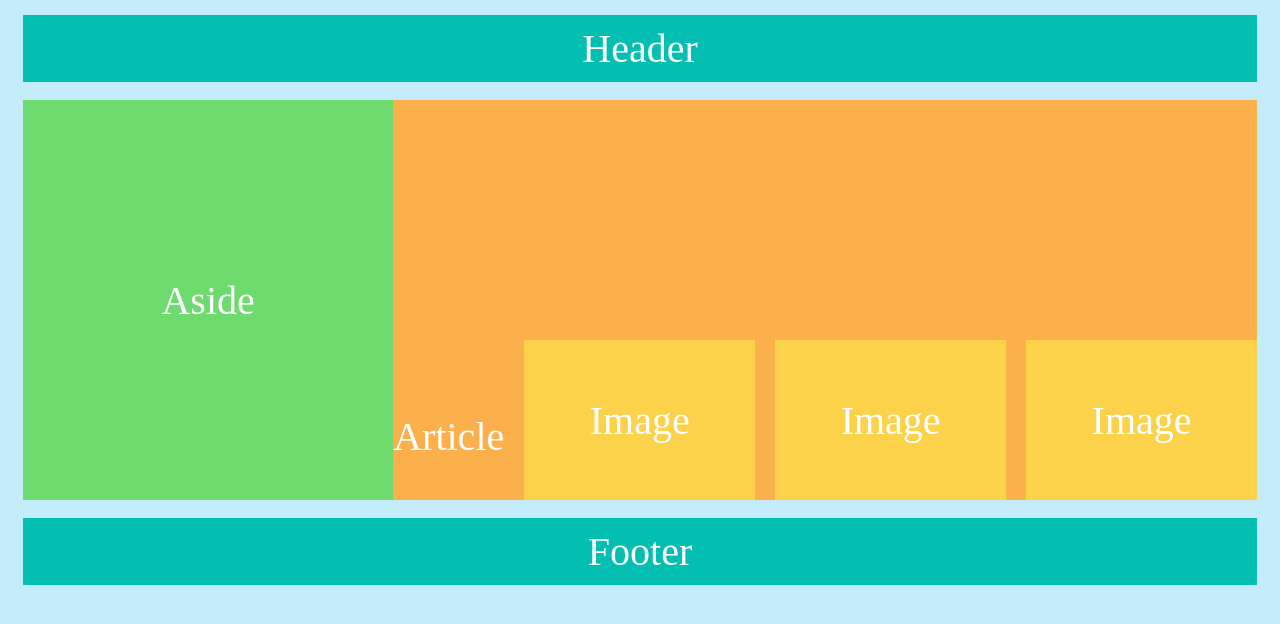
Repository: huyennvo/CSS
Page: flex-css-example/index.html
The author's editor kept a copy of each file at every save. The page is drawn from the files as they stood at one save, then again after the next save.
The browser window is 1280 px wide. The pictures show the whole page.

Above is the page before, as saved 2022-07-18 11:23:58.

### flex-css-example/index.html
<!DOCTYPE html>
<html lang="en">
<head>
    <meta charset="UTF-8">
    <meta http-equiv="X-UA-Compatible" content="IE=edge">
    <meta name="viewport" content="width=device-width, initial-scale=1.0">
    <title>Flexbox example</title>
    <link rel="stylesheet" href="./index.css">
</head>
<body>
    <div class="container">
        <div class="header">
            Header
        </div>
        <br>
        <div class="body">
            <div class="body-left">Aside</div>
            <div class="body-right">
                 <p>Article</p>
                <div class="item item1">Image</div>
                <div class="item item2">Image</div>
                <div class="item item3">Image</div>
            </div>
        </div>
        <br>
        <div class="footer">
            <footer>Footer</footer>
        </div>
    </div>
</body>
</html>

### flex-css-example/index.css
html {
    background-color: #C4EBF9;
}
 .container {
    align-content: center;
    margin: 15px;
    color: white;
}
.header {
    background-color: #02BFB1;
    text-align: center;
    font-size: 40px;
    padding: 10px;
}

.footer {
    background-color: #02BFB1;
    text-align: center;
    color: white;
    font-size: 40px;
    padding: 10px;
}

.body {
    display: flex;
    flex-direction: row;
    flex-wrap: wrap;
    justify-content: space-between;
}

.body-left {
    background-color: #6EDB6E;
    width: 30%;
    height: 400px;
    display: flex;
    justify-content: center;
    align-items: center;
    font-size: 40px;
}

.body-right {
    background-color: #FBB04C;
    width: 68.5%;
    height: 400px;
    display: flex;
    justify-content: center;
    align-items: flex-end;
    font-size: 40px;
    flex-grow: 3;
    flex-direction: row;
}

p {
    justify-content: center;
}
.item {
     background-color: #FCD24A;
     display: flex;
     align-content: space-between;
     justify-content: center;
     align-items: center;
     width: 30%;
     height: 40%;
     margin-left: 20px;


}

After the next save:
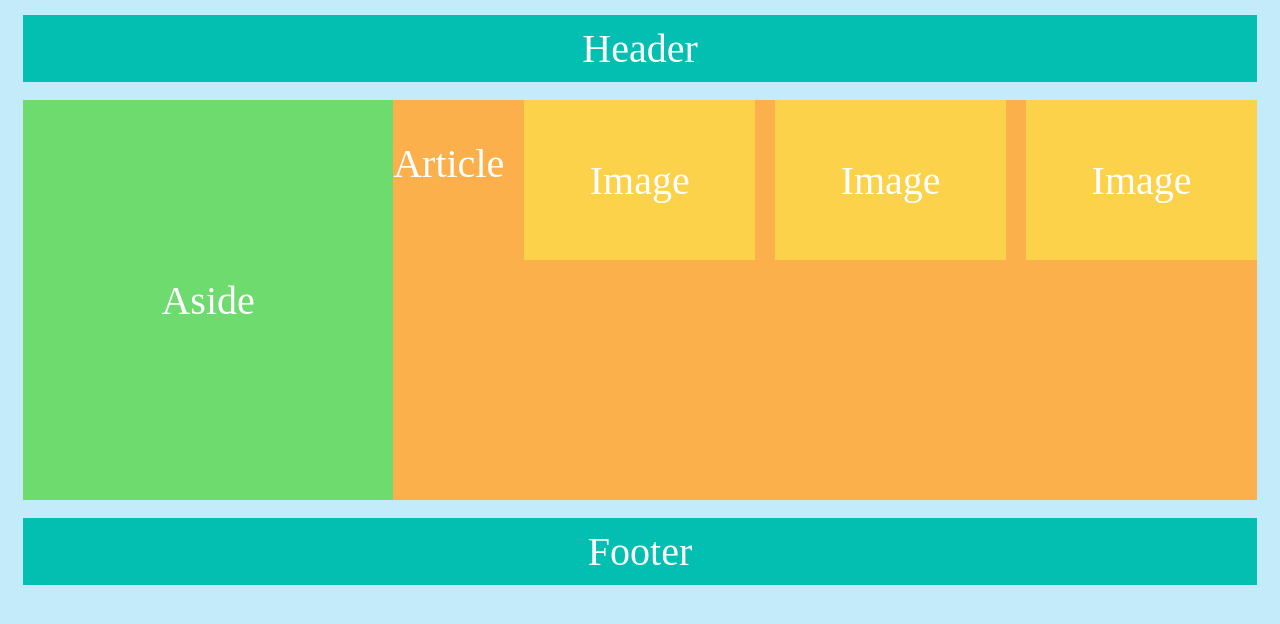
Saved 47 s later.
--- a/flex-css-example/index.css
+++ b/flex-css-example/index.css
@@ -43,15 +43,15 @@ html {
     width: 68.5%;
     height: 400px;
     display: flex;
-    justify-content: center;
-    align-items: flex-end;
+    /* justify-content: center;
+    align-items: flex-end; */
     font-size: 40px;
     flex-grow: 3;
     flex-direction: row;
 }
 
 p {
-    justify-content: center;
+    text-align: center;
 }
 .item {
      background-color: #FCD24A;
